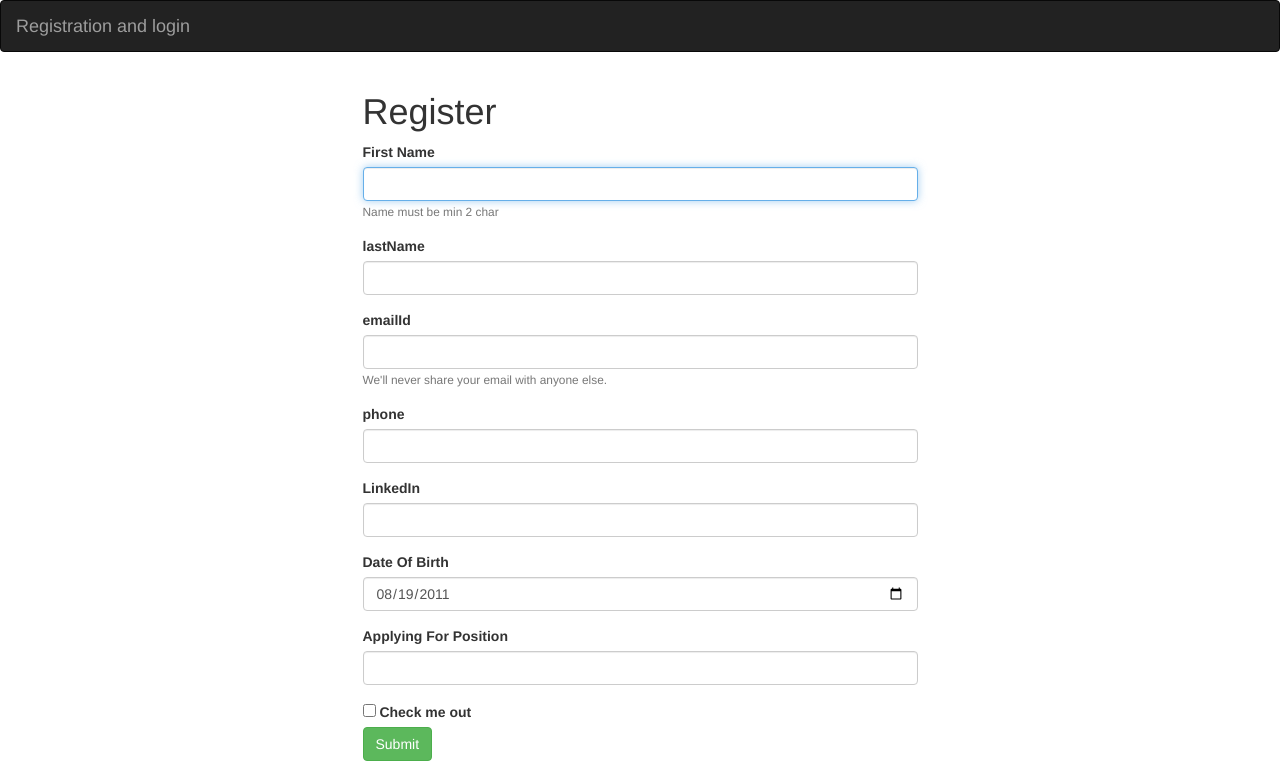
Repository: vinayvinay25794/RegistrationDemo
Page: http://localhost/CandidateRegs
The author's editor kept a copy of each file at every save. The page is drawn from the files as they stood at one save, then again after the next save.
The browser window is 1280 px wide. The pictures show the whole page.
The page is this project's Thymeleaf template; nobody is signed in. The template is opened directly, without the code that normally fills it, so the values that code supplies are empty.

Above is the page before, as saved 2021-03-22 06:09:42.

After the next save:
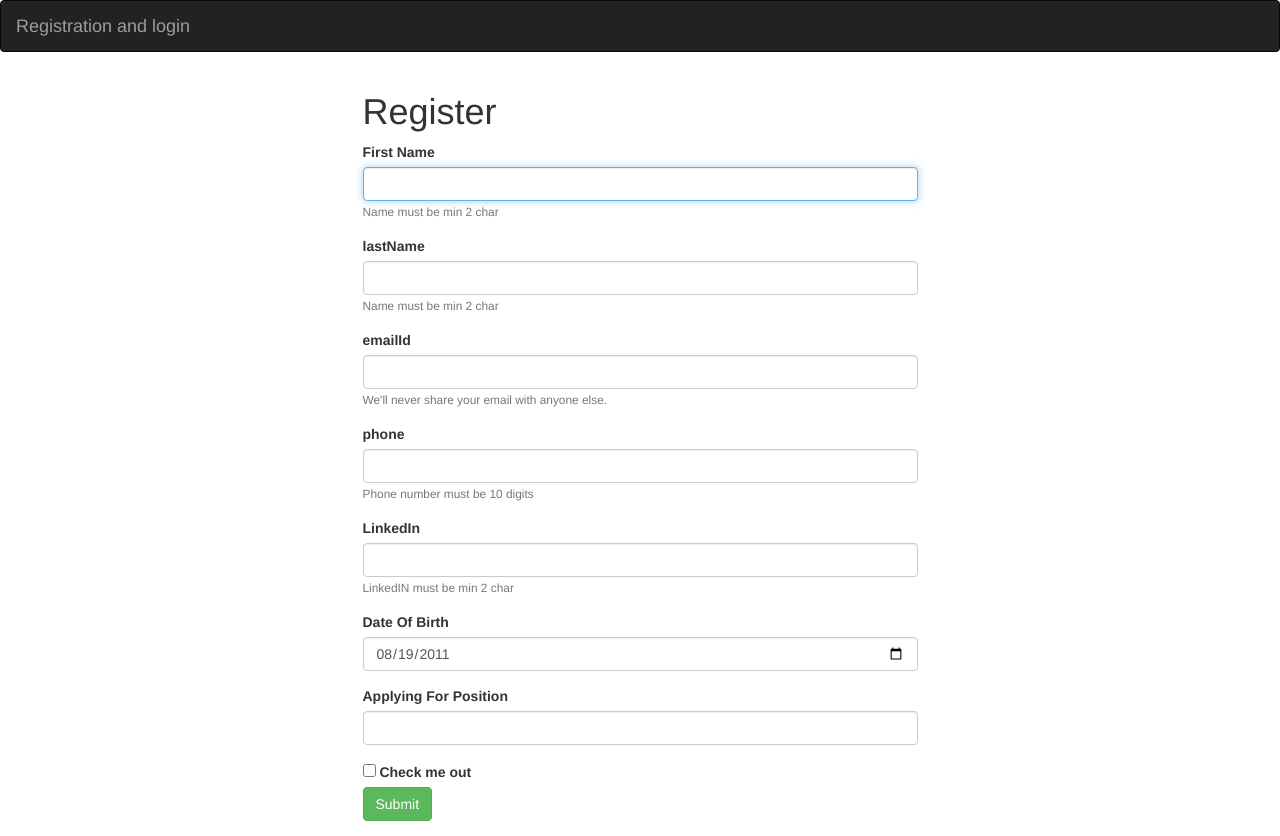
Saved 93 s later.
--- a/Hibernate/src/main/resources/templates/CandidateRegs.html
+++ b/Hibernate/src/main/resources/templates/CandidateRegs.html
@@ -41,6 +41,7 @@
 				<div class="form-group">
 					<label class="control-label" for="lastName">lastName</label>
 					<input id="lastName" class="form-control" th:field="*{lastName}" required autofocus="autofocus" />
+					<small id="emailHelp" class="form-text text-muted">Name must be min 2 char </small>
 				</div>
 
 				<div class="form-group">
@@ -52,11 +53,13 @@
 				<div class="form-group">
 					<label class="control-label" for="phone">phone</label>
 					<input id="phone" class="form-control" th:field="*{phone}" required autofocus="autofocus" />
+					<small id="emailHelp" class="form-text text-muted"> Phone number must be 10 digits </small>
 				</div>
 
 				<div class="form-group">
 					<label class="control-label" for="LinkedIn">LinkedIn</label>
 					<input id="LinkedIn" class="form-control" th:field="*{LinkedIn}" required autofocus="autofocus" />
+					<small id="emailHelp" class="form-text text-muted"> LinkedIN must be min 2 char </small>
 				</div>
 
 			    <div class="form-group">
